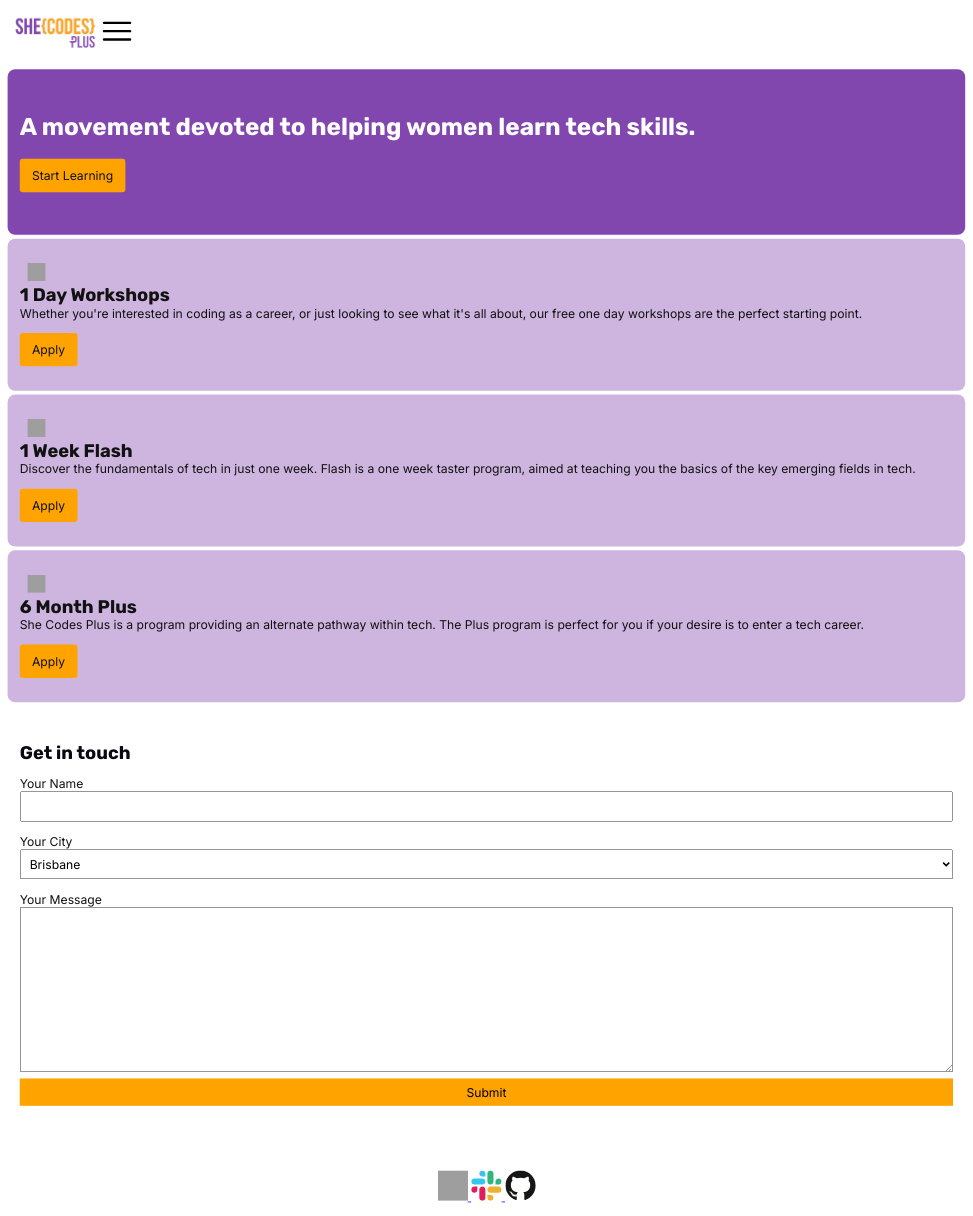
Repository: devashrisamani/website_shecodes_week1
Page: index.html
These files come from the project's save history. The page is drawn as it stood at one moment and after the next save; the edit follows.
The browser window is 1280 px wide. The pictures show the whole page, at 76% of full size.
Pictures or frames that could not be fetched are drawn as grey boxes.

Above is the page before, as saved 2025-09-20 10:54:06.

After the next save:
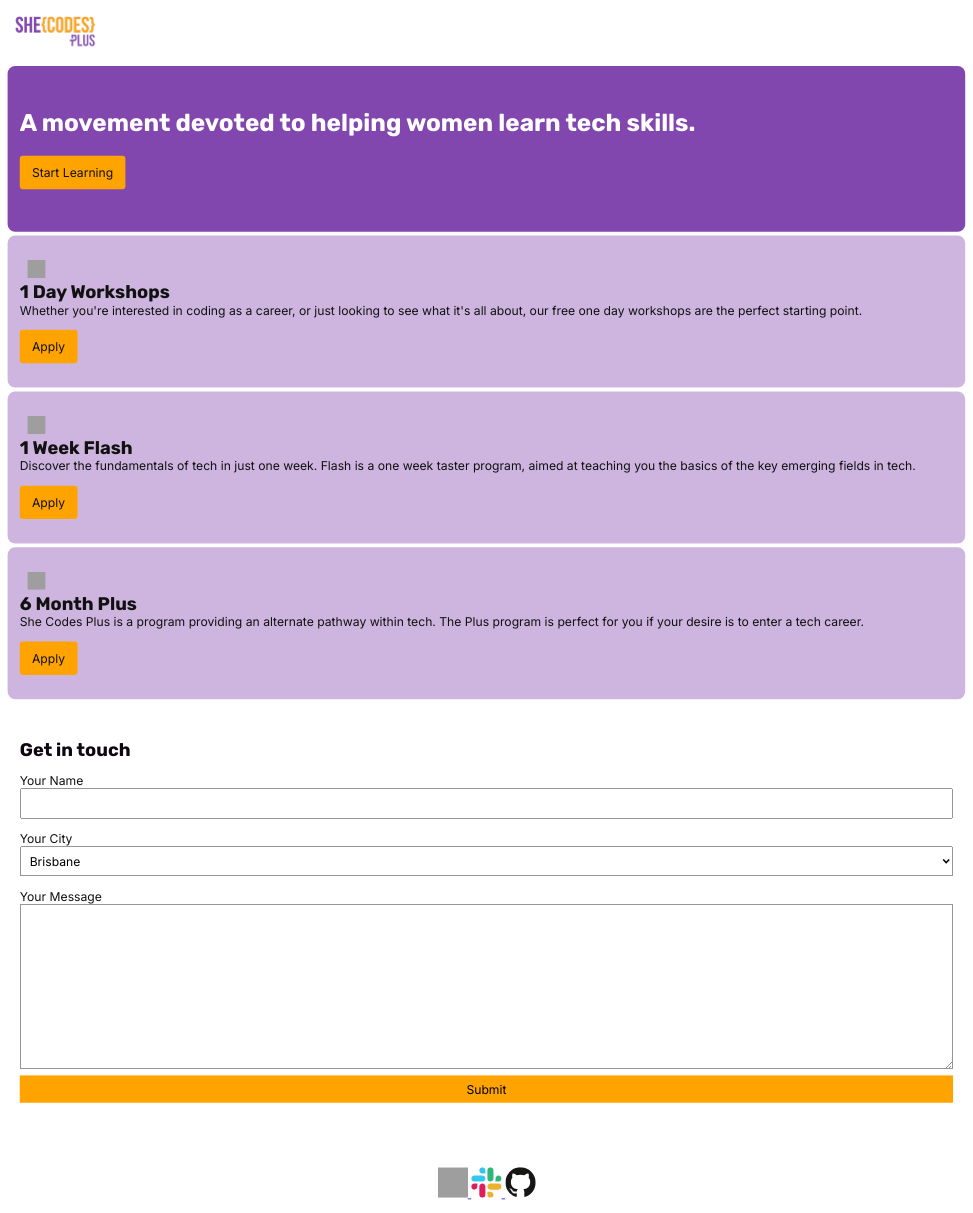
Saved 30 s later.
--- a/style.css
+++ b/style.css
@@ -119,6 +119,10 @@
     gap: 24px;
     margin-right: 16px;
   }
+
+  header .mobile-header .hamburger-icon {
+    display: none;
+  }
 }
 
 /* .logo */
